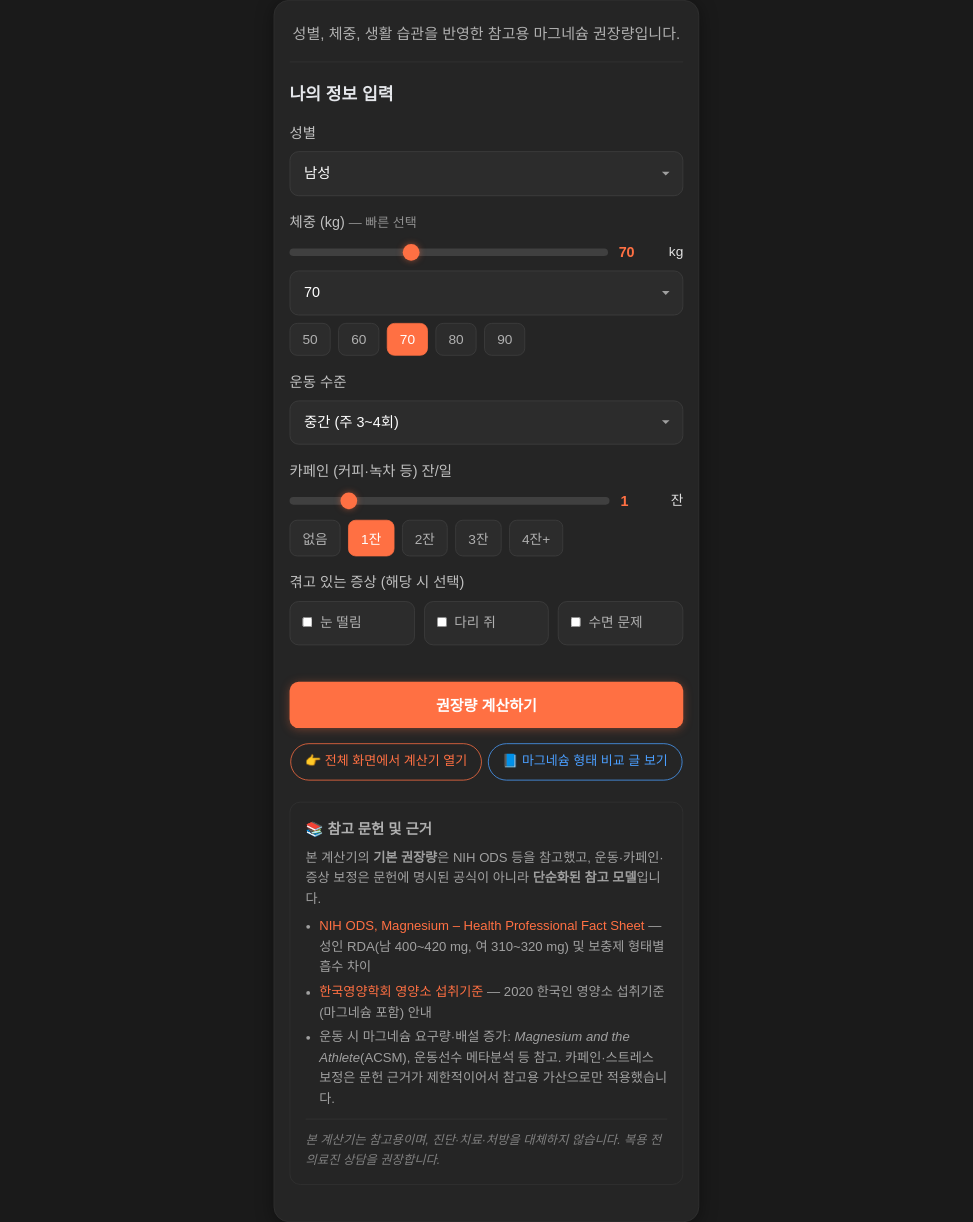
Repository: wevesoft/blog-health
Page: wordpress/calc/wp-magnesium-calc.html
These files come from the project's save history. The page is drawn as it stood at one moment and after the next save; the edit follows.
The browser window is 1280 px wide. The pictures show the whole page, at 76% of full size.

Above is the page before, as saved 2026-03-03 15:23:32.

### wordpress/calc/wp-magnesium-calc.html
<!--
  워드프레스 적용: "사용자 정의 HTML" 블록에
  이 파일의 <style> 부터 </script> 까지 통째로 복사해 붙여넣으세요.
  (본문 제목 H1은 워드프레스 글 제목으로 입력하는 것을 권장합니다.)
-->
<style>
/* ===== 맞춤형 마그네슘 계산기 — 워드프레스용 (다크, 글자 큼) ===== */
* { margin:0; padding:0; box-sizing:border-box; }
html, body {
  width:100%;
  min-height:100%;
  background:#1a1a1a;
  font-family:'Noto Sans KR',sans-serif;
  color:#e0e0e0;
  line-height:1.55;
  font-size:18px;
}

.mg-calc-wrap {
  max-width:560px;
  margin:0 auto;
  padding:28px 20px 48px;
  background:#252525;
  border-radius:20px;
  border:1px solid #333;
  box-shadow:0 4px 24px rgba(0,0,0,0.4);
}
.mg-calc-wrap * { box-sizing:border-box; }

/* 헤더 (요약 설명만) */
.mg-calc-wrap .header {
  text-align:center;
  margin-bottom:28px;
  padding-bottom:20px;
  border-bottom:1px solid #333;
}
.mg-calc-wrap .header p {
  font-size:1.1rem;
  color:#b0b0b0;
  line-height:1.6;
}

/* 섹션 제목 H2/H3/H4 */
.mg-calc-wrap .section-title {
  font-size:1.25rem;
  font-weight:700;
  color:#e5e7eb;
  margin-bottom:16px;
  line-height:1.35;
}
.mg-calc-wrap h3 {
  font-size:1.1rem;
  font-weight:600;
  color:#d1d5db;
  margin-bottom:8px;
}
.mg-calc-wrap h4 {
  font-size:1.05rem;
  font-weight:600;
  color:#e5e7eb;
  margin-bottom:8px;
}

/* 폼 필드 */
.mg-calc-wrap .field { margin:20px 0; }
.mg-calc-wrap .label {
  display:block;
  font-size:1.05rem;
  font-weight:500;
  margin-bottom:10px;
  color:#c0c0c0;
}
.mg-calc-wrap .label .hint {
  font-weight:400;
  color:#909090;
  font-size:0.95rem;
}

/* 숫자/셀렉트 (글자 잘림 방지) */
.mg-calc-wrap input[type=number],
.mg-calc-wrap select {
  width:100%;
  min-height:52px;
  padding:14px 44px 14px 18px;
  border:1px solid #404040;
  border-radius:12px;
  font-size:1.05rem;
  line-height:1.5;
  background-color:#2c2c2c;
  color:#ffffff;
  transition:border-color 0.2s, box-shadow 0.2s;
  -webkit-appearance:none;
  appearance:none;
  background-image:url("data:[embedded picture, 161 characters]");
  background-repeat:no-repeat;
  background-position:right 16px center;
}
.mg-calc-wrap select option {
  padding:10px 8px;
  font-size:1.02rem;
  background:#2c2c2c;
  color:#ffffff;
}
.mg-calc-wrap input[type=number]::placeholder { color:#808080; }
.mg-calc-wrap input[type=number]:focus,
.mg-calc-wrap select:focus {
  outline:none;
  border-color:#ff7043;
  box-shadow:0 0 0 2px rgba(255,112,67,0.25);
}

/* 프리셋 버튼 */
.mg-calc-wrap .presets {
  display:flex;
  flex-wrap:wrap;
  gap:10px;
  margin-top:10px;
}
.mg-calc-wrap .preset-btn {
  padding:10px 16px;
  border:1px solid #404040;
  border-radius:10px;
  background:#2c2c2c;
  font-size:1rem;
  color:#b0b0b0;
  cursor:pointer;
  transition:all 0.2s;
}
.mg-calc-wrap .preset-btn:hover {
  background:#353535;
  border-color:#505050;
  color:#e0e0e0;
}
.mg-calc-wrap .preset-btn.active {
  background:#ff7043;
  border-color:#ff7043;
  color:#ffffff;
}

/* 슬라이더 */
.mg-calc-wrap .slider-wrap {
  display:flex;
  align-items:center;
  gap:14px;
  margin-top:8px;
}
.mg-calc-wrap .slider-wrap input[type=range] {
  flex:1;
  height:10px;
  -webkit-appearance:none;
  appearance:none;
  background:#404040;
  border-radius:5px;
}
.mg-calc-wrap .slider-wrap input[type=range]::-webkit-slider-thumb {
  -webkit-appearance:none;
  width:22px;
  height:22px;
  border-radius:50%;
  background:#ff7043;
  cursor:pointer;
  box-shadow:0 0 8px rgba(255,112,67,0.5);
}
.mg-calc-wrap .slider-value {
  min-width:52px;
  font-weight:600;
  color:#ff7043;
  font-size:1.05rem;
}

/* 체크박스 그룹 */
.mg-calc-wrap .checkbox-group {
  display:flex;
  flex-wrap:wrap;
  gap:12px;
}
.mg-calc-wrap .checkbox-group label {
  flex:1;
  min-width:110px;
  background:#2c2c2c;
  padding:14px 16px;
  border-radius:12px;
  cursor:pointer;
  border:1px solid #404040;
  font-size:1rem;
  transition:all 0.2s;
  color:#b0b0b0;
}
.mg-calc-wrap .checkbox-group label:hover {
  background:#353535;
  border-color:#505050;
  color:#e0e0e0;
}
.mg-calc-wrap .checkbox-group input[type=checkbox] { margin-right:10px; }
.mg-calc-wrap .checkbox-group input:checked + span {
  font-weight:600;
  color:#66bb6a;
}

/* 계산 버튼 */
.mg-calc-wrap button.calc-btn {
  width:100%;
  padding:16px;
  font-size:1.1rem;
  font-weight:600;
  background:#ff7043;
  color:#ffffff;
  border:none;
  border-radius:12px;
  cursor:pointer;
  margin-top:28px;
  transition:transform 0.15s, box-shadow 0.2s;
  box-shadow:0 2px 12px rgba(255,112,67,0.35);
}
.mg-calc-wrap button.calc-btn:hover {
  transform:translateY(-1px);
  box-shadow:0 4px 16px rgba(255,112,67,0.45);
  background:#ff8a65;
}
.mg-calc-wrap button.calc-btn:active { transform:translateY(0); }

/* 결과 영역 애니메이션 */
@keyframes mgFadeInUp {
  from { opacity:0; transform:translateY(20px); }
  to { opacity:1; transform:translateY(0); }
}
@keyframes mgFadeIn {
  from { opacity:0; }
  to { opacity:1; }
}
.mg-calc-wrap .result-section {
  margin-top:32px;
  display:none;
}
.mg-calc-wrap .result-section.visible { display:block; animation:mgFadeIn 0.35s ease; }
.mg-calc-wrap .result-section.visible .result-applied { animation:mgFadeInUp 0.45s ease 0.05s both; }
.mg-calc-wrap .result-section.visible .result-card.primary { animation:mgFadeInUp 0.45s ease 0.15s both; }
.mg-calc-wrap .result-section.visible .result-card.secondary { animation:mgFadeInUp 0.45s ease both; }

.mg-calc-wrap .result-applied {
  background:rgba(26,61,26,0.6);
  border:1px solid #388e3c;
  border-radius:14px;
  padding:18px 20px;
  margin-bottom:18px;
  font-size:1.02rem;
  color:#81c784;
}
.mg-calc-wrap .result-applied ul { margin:0; padding-left:20px; }
.mg-calc-wrap .result-applied li { margin:6px 0; }
.mg-calc-wrap .result-applied .effect {
  margin-top:12px;
  padding-top:12px;
  border-top:1px solid #388e3c;
  font-size:0.98rem;
  color:#81c784;
}

.mg-calc-wrap .result-card {
  margin-bottom:16px;
  padding:20px;
  border-radius:14px;
  font-size:1.02rem;
  border:1px solid #333;
}
.mg-calc-wrap .result-card.primary {
  background:#2c2c2c;
  border-color:#404040;
}
.mg-calc-wrap .result-card.primary .value {
  font-size:1.65rem;
  font-weight:700;
  color:#ff7043;
}
.mg-calc-wrap .result-card.secondary {
  background:#252525;
  border:1px solid #333;
}
.mg-calc-wrap .result-card h3 {
  font-size:1.05rem;
  font-weight:600;
  color:#b0b0b0;
  margin-bottom:12px;
  display:flex;
  align-items:center;
  gap:8px;
}
.mg-calc-wrap .result-card ul {
  margin:10px 0 0 20px;
  color:#b0b0b0;
  font-size:1.02rem;
}
.mg-calc-wrap .result-card li { margin:6px 0; }

.mg-calc-wrap .calc-basis {
  margin-top:16px;
  border:1px solid #333;
  border-radius:12px;
  overflow:hidden;
  background:#2c2c2c;
}
.mg-calc-wrap .calc-basis summary {
  padding:14px 18px;
  background:#252525;
  font-size:1rem;
  font-weight:500;
  color:#a0a0a0;
  cursor:pointer;
  list-style:none;
}
.mg-calc-wrap .calc-basis summary::-webkit-details-marker { display:none; }
.mg-calc-wrap .calc-basis summary::after { content:' 펼치기'; }
.mg-calc-wrap .calc-basis[open] summary::after { content:' 접기'; }
.mg-calc-wrap .calc-basis .content {
  padding:16px;
  font-size:0.96rem;
  color:#a0a0a0;
  line-height:1.6;
  border-top:1px solid #333;
}

.mg-calc-wrap .trust-block {
  margin-top:28px;
  padding:20px;
  background:#252525;
  border-radius:14px;
  border:1px solid #333;
  font-size:0.96rem;
  color:#a0a0a0;
}
.mg-calc-wrap .trust-block h4 {
  font-size:1.05rem;
  font-weight:600;
  color:#b0b0b0;
  margin-bottom:10px;
}
.mg-calc-wrap .trust-block ul { margin-left:18px; }
.mg-calc-wrap .trust-block li { margin:6px 0; }
.mg-calc-wrap .trust-block .disclaimer {
  margin-top:14px;
  padding-top:14px;
  border-top:1px solid #333;
  font-style:italic;
  color:#808080;
  font-size:0.9rem;
}
.mg-calc-wrap .trust-block a { color:#ff7043; text-decoration:none; }
.mg-calc-wrap .trust-block a:hover { text-decoration:underline; }

.mg-calc-wrap .result-card.primary p,
.mg-calc-wrap #resultRange { color:#a0a0a0; font-size:0.98rem; }
.mg-calc-wrap #resultRange strong { color:#ff7043; }

/* 모바일: 화면 꽉 차게 + 글자 유지 */
@media (max-width:520px) {
  html, body { font-size:17px; }
  .mg-calc-wrap {
    max-width:100%;
    width:100%;
    margin:0;
    padding:22px 16px 40px;
    border-radius:0;
    border-left:none;
    border-right:none;
  }
  .mg-calc-wrap .section-title { font-size:1.2rem; }
  .mg-calc-wrap .label { font-size:1rem; }
  .mg-calc-wrap input[type=number],
  .mg-calc-wrap select {
    min-height:50px;
    font-size:1rem;
    padding:13px 42px 13px 14px;
  }
  .mg-calc-wrap .preset-btn { font-size:0.98rem; padding:10px 14px; }
  .mg-calc-wrap .checkbox-group label { font-size:0.98rem; padding:12px 14px; }
  .mg-calc-wrap button.calc-btn { font-size:1.05rem; padding:15px; }
}
</style>

<div class="mg-calc-wrap">
  <header class="header">
    <p>성별, 체중, 생활 습관을 반영한 참고용 마그네슘 권장량입니다.</p>
  </header>

  <h2 class="section-title">나의 정보 입력</h2>

  <div class="field">
    <span class="label">성별</span>
    <select id="gender">
      <option value="male">남성</option>
      <option value="female">여성</option>
    </select>
  </div>

  <div class="field">
    <span class="label">체중 (kg) <span class="hint">— 빠른 선택</span></span>
    <div class="slider-wrap">
      <input type="range" id="weightSlider" min="40" max="120" value="70" step="1">
      <span class="slider-value" id="weightDisplay">70</span> kg
    </div>
    <input type="number" id="weight" min="40" max="120" value="70" placeholder="70" style="margin-top:10px;">
    <div class="presets" id="weightPresets">
      <button type="button" class="preset-btn" data-value="50">50</button>
      <button type="button" class="preset-btn" data-value="60">60</button>
      <button type="button" class="preset-btn active" data-value="70">70</button>
      <button type="button" class="preset-btn" data-value="80">80</button>
      <button type="button" class="preset-btn" data-value="90">90</button>
    </div>
  </div>

  <div class="field">
    <span class="label">운동 수준</span>
    <select id="exercise">
      <option value="none">거의 없음</option>
      <option value="light">가벼움 (주 1~2회)</option>
      <option value="moderate" selected>중간 (주 3~4회)</option>
      <option value="high">높음 (주 5회 이상)</option>
    </select>
  </div>

  <div class="field">
    <span class="label">카페인 (커피·녹차 등) 잔/일</span>
    <div class="slider-wrap">
      <input type="range" id="caffeineSlider" min="0" max="6" value="1" step="1">
      <span class="slider-value" id="caffeineDisplay">1</span> 잔
    </div>
    <div class="presets" id="caffeinePresets">
      <button type="button" class="preset-btn" data-value="0">없음</button>
      <button type="button" class="preset-btn active" data-value="1">1잔</button>
      <button type="button" class="preset-btn" data-value="2">2잔</button>
      <button type="button" class="preset-btn" data-value="3">3잔</button>
      <button type="button" class="preset-btn" data-value="4">4잔+</button>
    </div>
  </div>

  <div class="field">
    <span class="label">겪고 있는 증상 (해당 시 선택)</span>
    <div class="checkbox-group">
      <label><input type="checkbox" id="sym1" value="eye_twitch"><span>눈 떨림</span></label>
      <label><input type="checkbox" id="sym2" value="leg_cramp"><span>다리 쥐</span></label>
      <label><input type="checkbox" id="sym3" value="poor_sleep"><span>수면 문제</span></label>
    </div>
  </div>

  <button class="calc-btn" onclick="calculateMag()">권장량 계산하기</button>

  <section class="result-section" id="resultSection">
    <h2 class="section-title">계산 결과</h2>
    <div class="result-applied" id="resultApplied">
      <h3>✅ 적용된 조건 (이 권장량에 반영된 입력이에요)</h3>
      <ul id="appliedList"></ul>
      <div class="effect" id="appliedEffect"></div>
    </div>

    <div class="result-card primary">
      <h3>📊 일일 마그네슘 권장량</h3>
      <div class="value" id="resultMain"></div>
      <p style="margin:6px 0 0;color:#a0a0a0;">입력하신 조건에 따라 계산된 맞춤 권장량이에요.</p>
      <div id="resultRange" style="margin-top:10px;"></div>
    </div>

    <div class="result-card secondary">
      <h3>💊 추천 마그네슘 형태</h3>
      <div id="resultType"></div>
    </div>

    <div class="result-card secondary">
      <h3>⏰ 섭취 방법 제안</h3>
      <div id="resultSplit"></div>
    </div>

    <div class="result-card secondary">
      <h3>💡 참고 팁</h3>
      <ul id="resultTips"></ul>
    </div>

    <details class="calc-basis">
      <summary>이 결과는 어떻게 계산되었나요?</summary>
      <div class="content" id="calcExplanation"></div>
    </details>
  </section>

  <div style="text-align:center;margin:20px 0 0;display:flex;flex-wrap:wrap;gap:8px;justify-content:center;">
    <a href="https://healthion.kr/magnesium-dosage-calculator/" target="_blank" rel="noopener"
       style="display:inline-block;padding:10px 18px;border-radius:999px;border:1px solid #ff7043;color:#ff7043;font-size:0.95rem;text-decoration:none;white-space:nowrap;">
      👉 전체 화면에서 계산기 열기
    </a>
    <a href="https://healthion.kr/magnesium-glycinate-vs-citrate-vs-malate/" target="_blank" rel="noopener"
       style="display:inline-block;padding:10px 18px;border-radius:999px;border:1px solid #4b9fff;color:#4b9fff;font-size:0.95rem;text-decoration:none;white-space:nowrap;">
      📘 마그네슘 형태 비교 글 보기
    </a>
  </div>

  <div class="trust-block">
    <h4>📚 참고 문헌 및 근거</h4>
    <p style="margin-bottom:10px;">본 계산기의 <strong>기본 권장량</strong>은 NIH ODS 등을 참고했고, 운동·카페인·증상 보정은 문헌에 명시된 공식이 아니라 <strong>단순화된 참고 모델</strong>입니다.</p>
    <ul>
      <li><a href="https://ods.od.nih.gov/factsheets/Magnesium-HealthProfessional/" target="_blank" rel="noopener">NIH ODS, Magnesium – Health Professional Fact Sheet</a> — 성인 RDA(남 400~420 mg, 여 310~320 mg) 및 보충제 형태별 흡수 차이</li>
      <li><a href="https://www.kns.or.kr/nutrient.asp" target="_blank" rel="noopener">한국영양학회 영양소 섭취기준</a> — 2020 한국인 영양소 섭취기준(마그네슘 포함) 안내</li>
      <li>운동 시 마그네슘 요구량·배설 증가: <em>Magnesium and the Athlete</em>(ACSM), 운동선수 메타분석 등 참고. 카페인·스트레스 보정은 문헌 근거가 제한적이어서 참고용 가산으로만 적용했습니다.</li>
    </ul>
    <p class="disclaimer">
      본 계산기는 참고용이며, 진단·치료·처방을 대체하지 않습니다. 복용 전 의료진 상담을 권장합니다.
    </p>
  </div>
</div>

<script>
(function() {
  var weightSlider = document.getElementById('weightSlider');
  var weightInput = document.getElementById('weight');
  var weightDisplay = document.getElementById('weightDisplay');
  var caffeineSlider = document.getElementById('caffeineSlider');
  var caffeineDisplay = document.getElementById('caffeineDisplay');
  if (!weightSlider || !weightInput) return;

  function syncWeight() {
    var v = weightSlider.value;
    weightInput.value = v;
    weightDisplay.textContent = v;
    var btns = document.querySelectorAll('#weightPresets .preset-btn');
    for (var i = 0; i < btns.length; i++) {
      btns[i].classList.toggle('active', btns[i].getAttribute('data-value') === v);
    }
  }
  function syncWeightFromInput() {
    var v = Math.min(120, Math.max(40, parseInt(weightInput.value, 10) || 70));
    weightInput.value = v;
    weightSlider.value = v;
    weightDisplay.textContent = v;
    var btns = document.querySelectorAll('#weightPresets .preset-btn');
    for (var i = 0; i < btns.length; i++) {
      btns[i].classList.toggle('active', parseInt(btns[i].getAttribute('data-value'), 10) === v);
    }
  }
  weightSlider.addEventListener('input', syncWeight);
  weightInput.addEventListener('change', syncWeightFromInput);

  document.getElementById('weightPresets').addEventListener('click', function(e) {
    if (!e.target.classList.contains('preset-btn')) return;
    var v = e.target.getAttribute('data-value');
    weightSlider.value = v;
    weightInput.value = v;
    weightDisplay.textContent = v;
    var b = this.querySelectorAll('.preset-btn');
    for (var i = 0; i < b.length; i++) b[i].classList.remove('active');
    e.target.classList.add('active');
  });

  function syncCaffeine() {
    var v = caffeineSlider.value;
    caffeineDisplay.textContent = v;
    var btns = document.querySelectorAll('#caffeinePresets .preset-btn');
    for (var i = 0; i < btns.length; i++) {
      btns[i].classList.toggle('active', btns[i].getAttribute('data-value') === v);
    }
  }
  caffeineSlider.addEventListener('input', syncCaffeine);
  document.getElementById('caffeinePresets').addEventListener('click', function(e) {
    if (!e.target.classList.contains('preset-btn')) return;
    var v = e.target.getAttribute('data-value');
    caffeineSlider.value = v;
    caffeineDisplay.textContent = v;
    var b = this.querySelectorAll('.preset-btn');
    for (var i = 0; i < b.length; i++) b[i].classList.remove('active');
    e.target.classList.add('active');
  });

  syncWeight();
  syncCaffeine();
})();

function getCaffeineValue() {
  var slider = document.getElementById('caffeineSlider');
  if (!slider) return 0;
  var v = parseInt(slider.value, 10);
  return v >= 4 ? 4 : v;
}

function calculateMag() {
  var gender = document.getElementById('gender').value;
  var weight = parseFloat(document.getElementById('weight').value);
  var exercise = document.getElementById('exercise').value;
  var caffeine = getCaffeineValue();
  var sym1 = document.getElementById('sym1').checked;
  var sym2 = document.getElementById('sym2').checked;
  var sym3 = document.getElementById('sym3').checked;

  if (!weight || weight < 40 || weight > 120) {
    alert('체중을 40~120 kg 범위로 입력해 주세요.');
    return;
  }

  var base = (gender === 'male') ? 400 : 310;
  var exBonus = { none: 0, light: 20, moderate: 40, high: 70 };
  var exerciseBonus = exBonus[exercise];
  var cafeBonus = caffeine * 10;
  var symBonus = 0;
  var typeScores = { glycinate: 0, citrate: 0, malate: 0 };

  if (sym1) { symBonus += 30; typeScores.glycinate += 1; }
  if (sym2) { symBonus += 40; typeScores.malate += 2; }
  if (sym3) { symBonus += 30; typeScores.glycinate += 2; }

  var totalMg = Math.round(base + exerciseBonus + cafeBonus + symBonus);
  totalMg = Math.min(450, Math.max(310, totalMg));

  var minMg = Math.max(310, totalMg - 30);
  var maxMg = Math.min(450, totalMg + 20);

  typeScores.citrate += 1;
  var recommendedType = Object.keys(typeScores).sort(function(a, b) {
    return typeScores[b] - typeScores[a];
  })[0];

  var typeNames = {
    glycinate: '글리시네이트',
    citrate: '시트레이트',
    malate: '말레이트'
  };
  var typeReasons = {
    glycinate: '수면·긴장 완화에 도움이 될 수 있어요.',
    citrate: '흡수와 소화에 유리한 형태로 많이 쓰여요.',
    malate: '근육 피로·에너지 보완에 자주 추천돼요.'
  };

  var morning = Math.floor(totalMg * 0.4);
  var evening = totalMg - morning;

  var tips = [];
  if (sym3) tips.push('저녁 식사 후 섭취하면 수면에 도움이 될 수 있어요.');
  if (caffeine >= 2) tips.push('카페인과 함께 마그네슘 요구가 늘 수 있으니, 수분 섭취도 함께 해주세요.');
  if (exercise === 'high') tips.push('운동 후 회복 시기에 나누어 먹는 방법을 고려해 보세요.');
  tips.push('처음에는 낮은 용량으로 시작해 서서히 늘리는 것이 좋아요.');

  var baseLabel = gender === 'male' ? '남성 기본 400 (NIH RDA)' : '여성 기본 310 (NIH RDA)';
  var parts = [baseLabel];
  if (exerciseBonus) parts.push('운동 +' + exerciseBonus);
  if (cafeBonus) parts.push('카페인 +' + cafeBonus);
  if (symBonus) parts.push('증상 +' + symBonus);
  var formula = parts.join(' → ') + ' = ' + totalMg + ' mg';
  var explanation = '계산식: ' + formula + '. 성별 권장량에 운동·카페인·증상을 반영했고, 상한 450mg으로 제한했습니다.';

  var genderLabel = document.querySelector('#gender option:checked').textContent;
  var exerciseLabel = document.querySelector('#exercise option:checked').textContent;
  var appliedItems = ['성별: ' + genderLabel, '체중: ' + weight + ' kg', '운동: ' + exerciseLabel, '카페인: ' + caffeine + ' 잔/일'];
  if (sym1) appliedItems.push('증상: 눈 떨림');
  if (sym2) appliedItems.push('증상: 다리 쥐');
  if (sym3) appliedItems.push('증상: 수면 문제');
  document.getElementById('appliedList').innerHTML = appliedItems.map(function(t) {
    return '<li>' + t + '</li>';
  }).join('');

  var effectParts = [];
  if (gender === 'male') effectParts.push('남성 기본 400 mg을 적용했어요.');
  else effectParts.push('여성 기본 310 mg을 적용했어요.');
  if (exerciseBonus) effectParts.push('운동량을 반영해 가산했어요.');
  if (cafeBonus) effectParts.push('카페인 섭취를 반영해 가산했어요.');
  if (symBonus) effectParts.push('선택하신 증상을 반영해 가산했어요.');
  document.getElementById('appliedEffect').textContent = '→ ' + effectParts.join(' ');

  document.getElementById('resultMain').textContent = totalMg + ' mg';
  document.getElementById('resultRange').innerHTML =
    '일반적으로 <strong>' + minMg + '~' + maxMg + ' mg</strong> 범위를 권장합니다.';
  document.getElementById('resultType').innerHTML =
    '<strong>' + typeNames[recommendedType] + '</strong> — ' + typeReasons[recommendedType];
  document.getElementById('resultSplit').innerHTML =
    '아침 <strong>' + morning + ' mg</strong>, 저녁 <strong>' + evening + ' mg</strong> 정도로 나누어 섭취해 보세요.';
  document.getElementById('resultTips').innerHTML =
    tips.map(function(t) { return '<li>' + t + '</li>'; }).join('');
  document.getElementById('calcExplanation').textContent = explanation;

  var resultSection = document.getElementById('resultSection');
  resultSection.classList.remove('visible');
  void resultSection.offsetHeight;
  resultSection.classList.add('visible');
  setTimeout(function() {
    resultSection.scrollIntoView({ behavior: 'smooth', block: 'nearest' });
  }, 100);
}
</script>

After the next save:
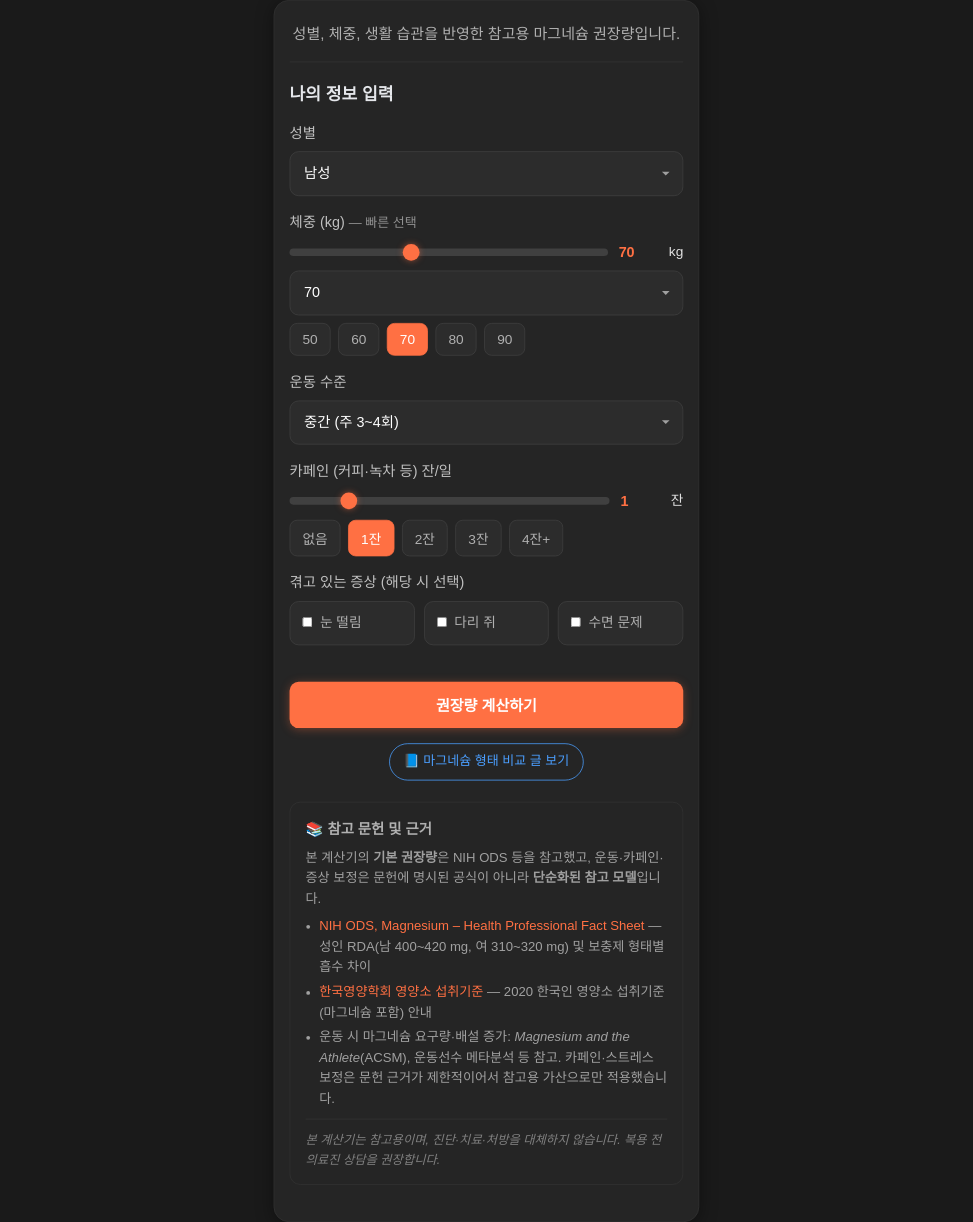
Saved 17 min 17 s later.
--- a/wordpress/calc/wp-magnesium-calc.html
+++ b/wordpress/calc/wp-magnesium-calc.html
@@ -481,10 +481,6 @@ html, body {
   </section>
 
   <div style="text-align:center;margin:20px 0 0;display:flex;flex-wrap:wrap;gap:8px;justify-content:center;">
-    <a href="https://healthion.kr/magnesium-dosage-calculator/" target="_blank" rel="noopener"
-       style="display:inline-block;padding:10px 18px;border-radius:999px;border:1px solid #ff7043;color:#ff7043;font-size:0.95rem;text-decoration:none;white-space:nowrap;">
-      👉 전체 화면에서 계산기 열기
-    </a>
     <a href="https://healthion.kr/magnesium-glycinate-vs-citrate-vs-malate/" target="_blank" rel="noopener"
        style="display:inline-block;padding:10px 18px;border-radius:999px;border:1px solid #4b9fff;color:#4b9fff;font-size:0.95rem;text-decoration:none;white-space:nowrap;">
       📘 마그네슘 형태 비교 글 보기
